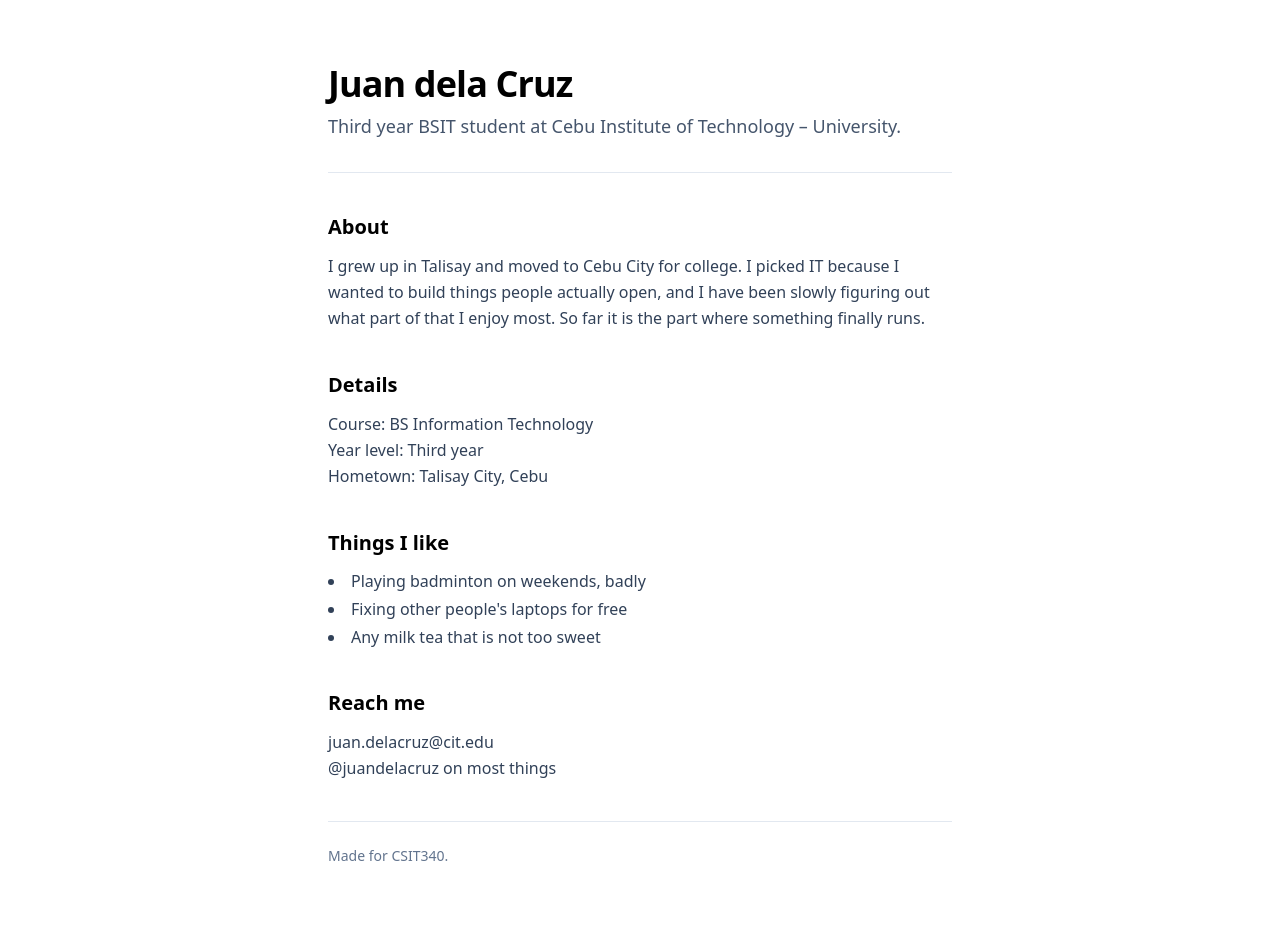
Repository: nicole-galan/CSIT340-Lab1-Galan
Page: /
These files come from the project's save history. The page is drawn as it stood at one moment and after the next save; the edit follows.
The browser window is 1280 px wide. The pictures show the whole page.
The project was rebuilt for these pictures with package versions that can differ from the ones it lists, and the page was loaded fresh each time. Also part of the build but not shown: vite.config.js.

Above is the page before, as saved 2026-09-04 16:33:27.

After the next save:
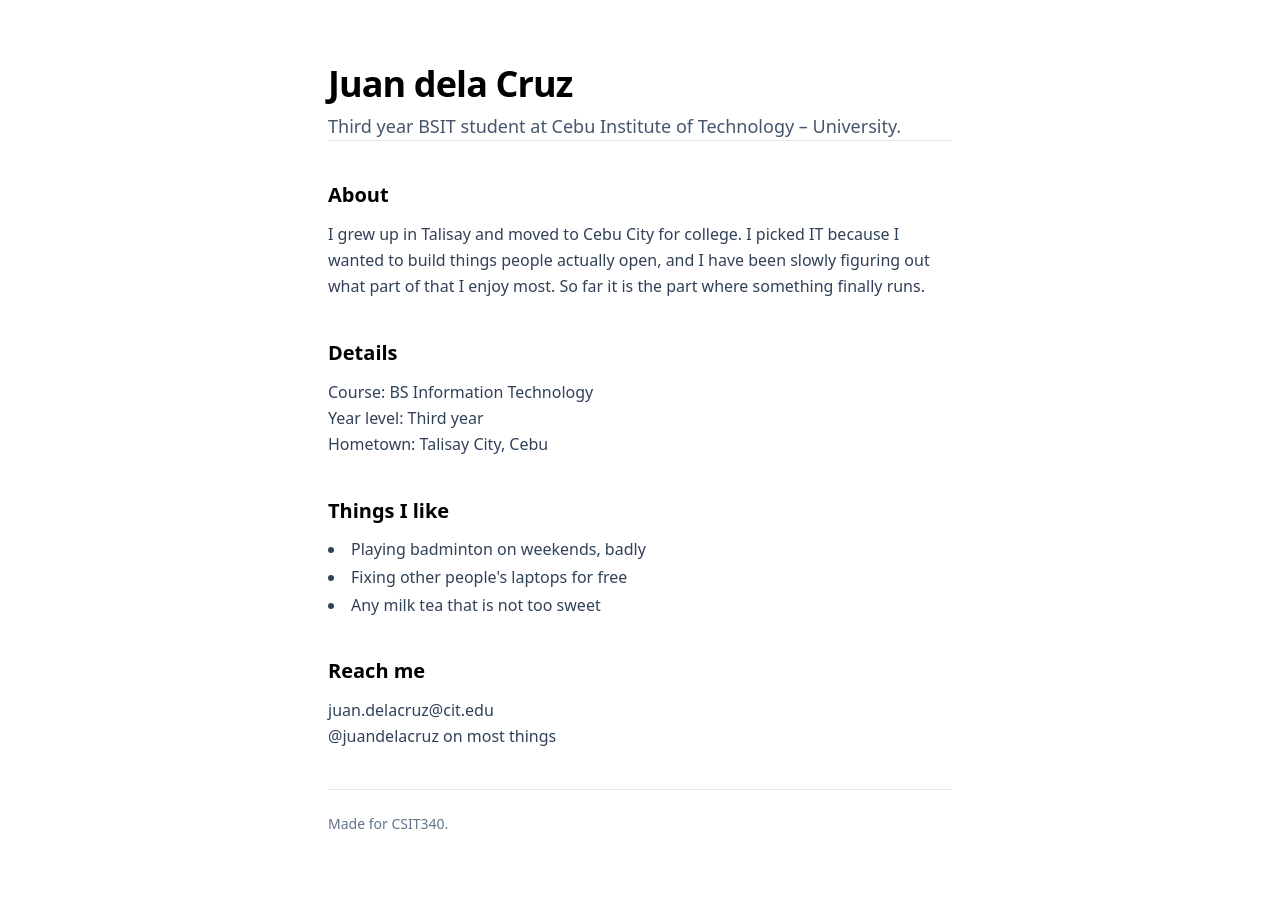
Saved 16 s later.
--- a/src/App.jsx
+++ b/src/App.jsx
@@ -6,7 +6,7 @@
         <p className="text-lg text-slate-600">
           Third year BSIT student at Cebu Institute of Technology – University.
         </p>
-        <hr className="mt-8 border-slate-200" />
+        <hr className="border-slate-200" />
       </header>
 
       <main className="max-w-2xl mx-auto px-6 py-10">

After the save that followed:
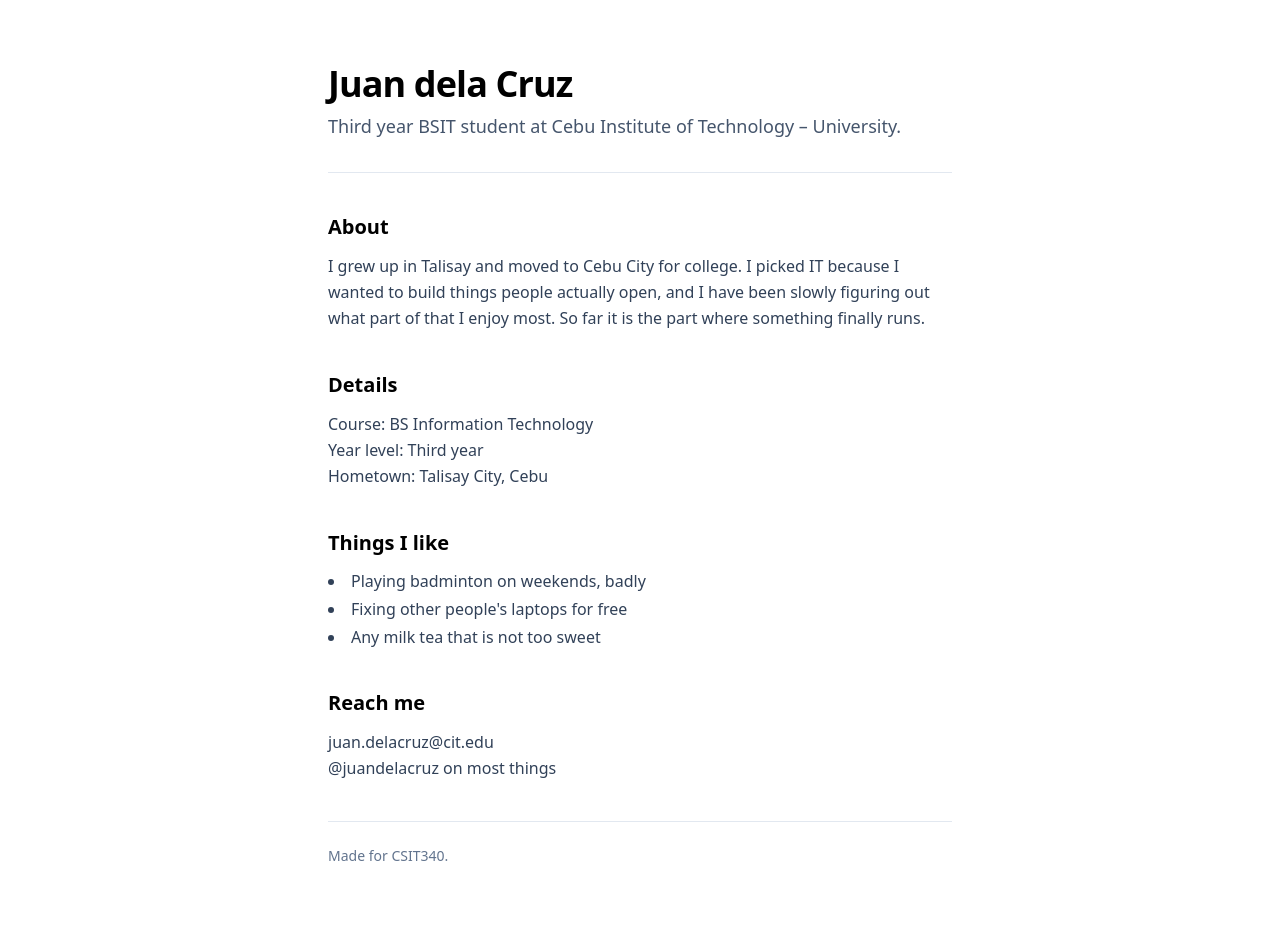
Saved 13 s later.
--- a/src/App.jsx
+++ b/src/App.jsx
@@ -6,7 +6,7 @@
         <p className="text-lg text-slate-600">
           Third year BSIT student at Cebu Institute of Technology – University.
         </p>
-        <hr className="border-slate-200" />
+        <hr className="mt-8 border-slate-200" />
       </header>
 
       <main className="max-w-2xl mx-auto px-6 py-10">
